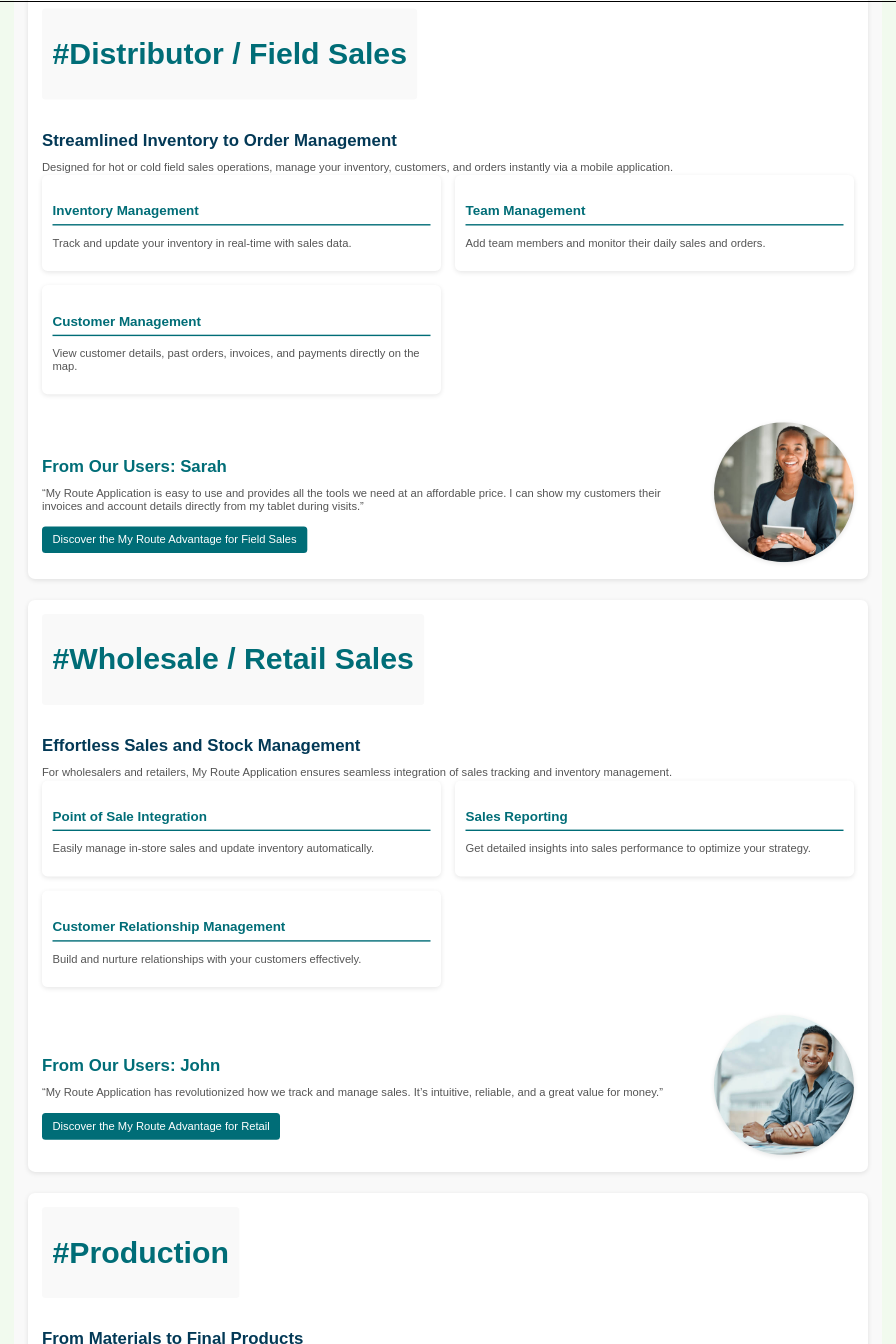
Repository: senolinanyasar/myrouteapplication
Page: /industries
The author's editor kept a copy of each file at every save. The page is drawn from the files as they stood at one save, then again after the next save.
The browser window is 1280 px wide. The pictures show the part of the page from y = 363 to 2283 px (the page is 3406 px tall), at 70% of full size.
The project was rebuilt for these pictures with package versions that can differ from the ones it lists, and the page was loaded fresh each time. Also part of the build but not shown: vite.config.js, src/components/HeroSection.css, src/components/HeroSection.js, src/components/FeaturesSection.css, src/components/FeaturesSection.js, src/components/PricingSection.css, src/components/PricingSection.js, src/components/SupportSection.css and 6 more.

Above is the page before, as saved 2024-11-17 23:08:57.

### src/index.css
@import url('https://fonts.googleapis.com/css2?family=Poppins:wght@400;600&display=swap');

body {
  font-family: 'Poppins', sans-serif;
  color: #264653;
  background-color: #f1faee;
  margin: 0;
  padding: 0;
  box-sizing: border-box;
}

code {
  font-family: source-code-pro, Menlo, Monaco, Consolas, 'Courier New',
    monospace;
}

### src/App.js
import React from 'react';
import { BrowserRouter as Router, Route, Routes } from 'react-router-dom';
import Header from './components/Header';
import HomePage from './components/HomePage';
import PricingPage from './components/PricingPage';
import TopBar from './components/TopBar';
import Footer from './components/Footer';
import IndustriesPage from './components/IndustriesPage';


function App() {
  return (
    <Router>
      <TopBar/>
      <Header />
      <Routes>
        <Route path='/' element={<HomePage />} />
        <Route path='/pricing' element={<PricingPage />} />
        <Route path='/industries' element={<IndustriesPage />} />
      </Routes>
      <Footer/>
    </Router>

  );
}

export default App;

### src/components/Header.js
// Header.js
import React from 'react';
import './Header.css';
import { Link } from 'react-router-dom';

const Header = () => {
    return (
        <header className="header">
            <div className="header-logo">logo</div>
            <nav className="header-nav">

                    <Link to="/">Home</Link>
                    <Link to="/features">Features</Link>
                    <Link to="/industries">Industries</Link>
                    <Link to="/pricing">Price</Link>
                    <Link to="/aboutus">About Us</Link>
                    <Link to="/contact">Contact</Link>



            </nav>
            <div className="header-buttons">
                <button className="login-button">Sing in</button>
                <button className="register-button">Sing Up</button>
            </div>
        </header>
    );
};


export default Header;

### src/components/TopBar.js
// TopBar.js
import React from 'react';
import './TopBar.css';

const TopBar = () => {
    return (
        <div className="top-bar">
            <div className="top-bar-content">
                <span>Help</span>
                <span>0232 323 3223</span>
                <a href="#contact">Contact</a>
            </div>
        </div>
    );
};

export default TopBar;

### src/components/Footer.js
// Footer.js

import React from 'react';
import './Footer.css';
import { FaFacebook, FaInstagram, FaLinkedin, FaTwitter, FaYoutube } from 'react-icons/fa';

const Footer = () => {
    return (
        <footer className="footer">
            <div className='footer-content'>
                <div className='footer-left'>
                    <div className='footer-logo'>
                        <h2>My Route Application</h2>
                    </div>
                    <p>Kazımdirik Mahallesi, Üniversite <br />Caddesi Ağaçlı Yol No: 37-39, <br />35100 Bornova/İzmir</p>
                    <div className='social-icons'>
                        <FaFacebook />
                        <FaTwitter />
                        <FaInstagram />
                        <FaLinkedin />
                        <FaYoutube />
                    </div>
                </div>

                <div className="footer-right">
                <br/><br/><br/><br/>
                    <div className='footer-section'>
                        <h4>Features</h4>
                        <ul>
                            <li>Location-Based Customer Search</li>
                            <li>Customer Management</li>
                            <li>Customer Tracking</li>
                            <li>Sales Tracking</li>
                            <li>Basic Accounting</li>
                            <li>Inventory Tracking</li>
                            <li>Reporting</li>
                        </ul>
                    </div>

                    <div className="footer-section">
                        <h4>Privileges</h4>
                        <ul>
                            <li>Industries</li>
                            <li>Pricing</li>
                            <li>Support</li>
                        </ul>
                    </div>

                    <div className="footer-section">
                        <h4>About Us</h4>
                        <ul>
                            <li>Privacy Policy</li>
                            <li>KVKK Disclosure Text</li>
                        </ul>
                    </div>
                </div>
            </div>

            <div className="footer-bottom">
                <p>&copy; 2024 My Route Application. All rights reserved.</p>
            </div>
        </footer>
    );
};

export default Footer;

### src/components/IndustriesPage.js
import React from "react";
import './IndustriesPage.css';
import distributorImage from '../images/distributor.jpg';
import wholesaleImage from '../images/wholesale.jpg';
import productionImage from '../images/production.jpg';

const industries = [
    {
        id: 'distributor',
        title: 'Distributor / Field Sales',
        header: 'Streamlined Inventory to Order Management',
        description:
            'Designed for hot or cold field sales operations, manage your inventory, customers, and orders instantly via a mobile application.',
        features: [
            {
                title: 'Inventory Management',
                description: 'Track and update your inventory in real-time with sales data.',
            },
            {
                title: 'Team Management',
                description: 'Add team members and monitor their daily sales and orders.',
            },
            {
                title: 'Customer Management',
                description:
                    'View customer details, past orders, invoices, and payments directly on the map.',
            },
        ],
        testimonial: {
            name: 'From Our Users: Sarah',
            feedback:
                '“My Route Application is easy to use and provides all the tools we need at an affordable price. I can show my customers their invoices and account details directly from my tablet during visits.”',
            button: 'Discover the My Route Advantage for Field Sales',
            image: distributorImage,
        },
    },
    {
        id: 'wholesale',
        title: 'Wholesale / Retail Sales',
        header: 'Effortless Sales and Stock Management',
        description:
            'For wholesalers and retailers, My Route Application ensures seamless integration of sales tracking and inventory management.',
        features: [
            {
                title: 'Point of Sale Integration',
                description: 'Easily manage in-store sales and update inventory automatically.',
            },
            {
                title: 'Sales Reporting',
                description:
                    'Get detailed insights into sales performance to optimize your strategy.',
            },
            {
                title: 'Customer Relationship Management',
                description: 'Build and nurture relationships with your customers effectively.',
            },
        ],
        testimonial: {
            name: 'From Our Users: John',
            feedback:
                '“My Route Application has revolutionized how we track and manage sales. It’s intuitive, reliable, and a great value for money.”',
            button: 'Discover the My Route Advantage for Retail',
            image: wholesaleImage,
        },
    },
    {
        id: 'production',
        title: 'Production',
        header: 'From Materials to Final Products',
        description:
            'Manage every stage of your production process efficiently, from raw materials to finished goods.',
        features: [
            {
                title: 'Raw Material Tracking',
                description:
                    'Track and manage your raw materials inventory to avoid shortages.',
            },
            {
                title: 'Production Scheduling',
                description: 'Plan and execute production schedules with precision.',
            },
            {
                title: 'Cost Analysis',
                description:
                    'Analyze production costs to optimize your budget and increase profitability.',
            },
        ],
        testimonial: {
            name: 'From Our Users: Linda',
            feedback:
                '“With My Route Application, managing our production pipeline has become so much easier. We can now track every stage of the process in real-time.”',
            button: 'Discover the My Route Advantage for Production',
            image: productionImage,
        },
    },
];

const IndustriesPage = () => {
    return (
        <div className="industries-page">
            <div className="industries-header">
                <h1>Tell Us Your Businesses, We'll Offer the Solution!</h1>
                <p>My Route Application, the comprehensive accounting program, caters to different sectors with unique
                    solutions, helping you manage your business and financial data efficiently.</p>
                <div className="industries-buttons">
                    {industries.map((industry) => (
                        <button
                            key={industry.id}
                            className="industry-button"
                            onClick={() => document.getElementById(industry.id).scrollIntoView({ behavior: 'smooth' })}
                        >
                            {industry.title}
                        </button>
                    ))}
                </div>
            </div>
            {industries.map((industry) => (
                <section key={industry.id} id={industry.id} className="industry-section">
                    <div className="industry-title-box">
                        <h2>#{industry.title}</h2>
                    </div>
                    <h3 className="industry-header">{industry.header}</h3>
                    <p className="industry-description">{industry.description}</p>
                    <div className="industry-features">
                        {industry.features.map((feature, index) => (
                            <div key={index} className="industry-feature">
                                <h4>{feature.title}</h4>
                                <div className="feature-divider"></div>
                                <p>{feature.description}</p>
                            </div>
                        ))}
                    </div>
                    <div className="industry-testimonial">
                        <div className="testimonial-text">
                            <h4>{industry.testimonial.name}</h4>
                            <p>{industry.testimonial.feedback}</p>
                            <button className="testimonial-button">{industry.testimonial.button}</button>
                        </div>
                        <div className="testimonial-image">
                            <img src={industry.testimonial.image} alt={industry.testimonial.name} />
                        </div>
                    </div>
                </section>
            ))}
        </div>
    );
};


export default IndustriesPage;

### src/components/Header.css
/* Header.css */
.header{
    display: flex;
    justify-content: space-between;
    align-items: center;
    padding: 1rem 2rem;
    background-color: #2f5d5b;
    color: white;
    margin-top: 2rem;
    position: sticky;
    top: 2rem;
    z-index: 999;
}


.header-logo {
    font-size: 1.5rem;
    font-weight: bold;
}
.header-nav a{
    margin: 0 1rem;
    color: white;
    text-decoration: none;
}
.header-nav a:hover {
    color: #e9c46a;
  }

.header-buttons button{
    margin-left: 1rem;
    padding: 0.5rem 1rem;
    border: none;
    border-radius: 5px;
}

.login-button{
    background-color: #2f5d5b;
    color: white;
}

.register-button{
    background-color: #9fe7c0;
    color: black;
}

### src/components/TopBar.css
/* TopBar.css */

.top-bar {
    background-color: #2f5d5b;
    color: white;
    padding: 0.5rem;
    font-size: 0.9rem;
    display: flex;
    justify-content: center;
    position: fixed;
    top: 0;
    width: 99%;
    z-index: 1000;
}
.top-bar-content {
    display: flex;
    gap: 1rem;
    align-items: center;
    justify-content: flex-end;
    width: 100%;
}

.top-bar-content span{
    color: #ffffff;
}
.top-bar-content a{
    color: #9fe7c0;
    text-decoration: none;
    transition: color 0.3s;
}

.top-bar-content a:hover{
    color: #c3f2d0;
}

### src/components/Footer.css
/* Footer.css */

.footer {
    background-color: #264653;
    color: #ffffff;
    padding: 3rem 2rem;
}
.footer-content{
    display: flex;
    max-width: 1200px;
    justify-content: space-around;
    margin: 0 auto;
}

.footerleft{
    flex: 1;
    max-width: 300px;
}

.footer-logo h2{
    font-size: 1.5rem;
    color: #ffffff;
    margin-bottom: 2rem;
}


.footer-left p{
    color: #c3c3c3;
    font-size: 0.9rem;
    margin-bottom: 2.5rem;
}

.social-icons{
    display: flex;
    gap: 1rem;
    font-size: 1.2rem;
}


.social-icons svg{
    color: #9fe7c0;
    cursor: pointer;
    transition: color 0.3s ease;
}
.social-icons svg:hover {
    color: #c3f2d0;
}

.footer-right{
    display: flex;
    gap: 3rem;
    flex: 2;
    margin-left: 5rem;
}

.footer-section{
    text-align: left;
}
.footer-section h4{
    font-size: 1.2rem;
    color: #9fe7c0;
    margin-bottom: 1rem;
}
.footer-section ul{
    list-style: none;
    padding: 0;
    margin: 0;

}

.footer-section ul li{
    font-size: 0.9rem;
    margin-bottom: 0.5rem;
    color: #c3c3c3;
    cursor: pointer;
    transition: color 0.3s ease;
}

.footer-sectionul li:hover{
    color: #ffffff;
}

.footer-bottom{
    text-align: center;
    font-size: 0.8rem;
    color: #c3c3c3;
    margin-top: 2rem;
}

### src/components/IndustriesPage.css
/* IndustriesPage.css */

.industries-page {
    font-family: 'Arial', sans-serif;
    padding: 20px;
    max-width: 1200px;
    background-color: #f9f9f9;
    margin: 0 auto;
}

.industries-header {
    text-align: center;
    margin-bottom: 30px;
}

.industries-header h1 {
    font-size: 2.5rem;
    color: #033956;
}

.industries-header p {
    font-size: 1rem;
    color: #555;
    margin: 15px auto;
    max-width: 800px;
}

.industries-buttons {
    display: flex;
    justify-content: center;
    gap: 15px;
    position: sticky;
    top: 0;
    z-index: 10;
    background-color: #f9f9f9;
    padding: 10px 0;
    box-shadow: 0 2px 5px rgba(0, 0, 0, 0.1);
}

.industry-button {
    padding: 10px 15px;
    border: none;
    border-radius: 5px;
    background-color: #9fe7c0;
    color: #fff;
    cursor: pointer;
    font-size: 0.9rem;

}

.industry-button:hover {
    background-color: #005259;
}

.industry-section {
    padding: 20px;
    margin: 30px 0;
    background: white;
    border-radius: 10px;
    box-shadow: 0 2px 8px rgba(0, 0, 0, 0.1);
}

.industry-title-box {
    font-size: 1.8rem;
    background-color: #f9f9f9;
    color: #006d77;
    padding: 5px 15px;
    display: inline-block;
    border-radius: 5px;
    margin-bottom: 20px;
}

.industry-header {
    font-size: 1.5rem;
    margin-bottom: 10px;
    color: #033956;
    font-weight: bold;
}

.industry-description {
    font-size: 1rem;
    margin-bottom: 1.30px;
    color: #555;
}

.industry-features {
    display: grid;
    grid-template-columns: 1fr 1fr;
    gap: 20px;
    margin-bottom: 40px;
}
.industry-feature {
    background-color: #ffffff;
    padding: 15px;
    border-radius: 8px;
    box-shadow: 0 2px 8px rgba(0, 0, 0, 0.1);
}
.industry-feature h4 {
    font-size: 1.2rem;
    margin-bottom: 8px;
    color: #006d77;

}

.feature-divider {
    width: 100%;
    height: 2px;
    background-color: #006d77;
    margin-bottom: 10px;
}
.industry-feature p {
    font-size: 1rem;
    color: #555;
}

.industry-testimonial {
    display: flex;
    justify-content: space-between;
    align-items: center;
    gap: 20px;
}

.testimonial-text {
    flex: 1;
}

.testimonial-text h4 {
    font-size: 1.5rem;
    margin-bottom: 10px;
    color: #006d77;
    margin-bottom: 10px;
}

.testimonial-text p {
    margin-bottom: 20px;
    color: #555;
    font-size: 1rem;
}

.testimonial-button {
    padding: 10px 15px;
    border: none;
    background-color: #006d77;
    color: white;
    border-radius: 5px;
    cursor: pointer;
    font-size: 1rem;
    transition: background-color 0.3s ease;
}
.testimonial-button:hover {
    background-color: #005f87;
}
.testimonial-image img {
    width: 200px;
    height: 200px;
    object-fit: cover;
    border-radius: 50%;
    box-shadow: 0 2px 8px rgba(0, 0, 0, 0.1);
}
footer {
    margin-top: 40px;
}

Loaded but not shown: public/index.html (common file); src/index.js (common file); src/reportWebVitals.js (common file)

After the next save:
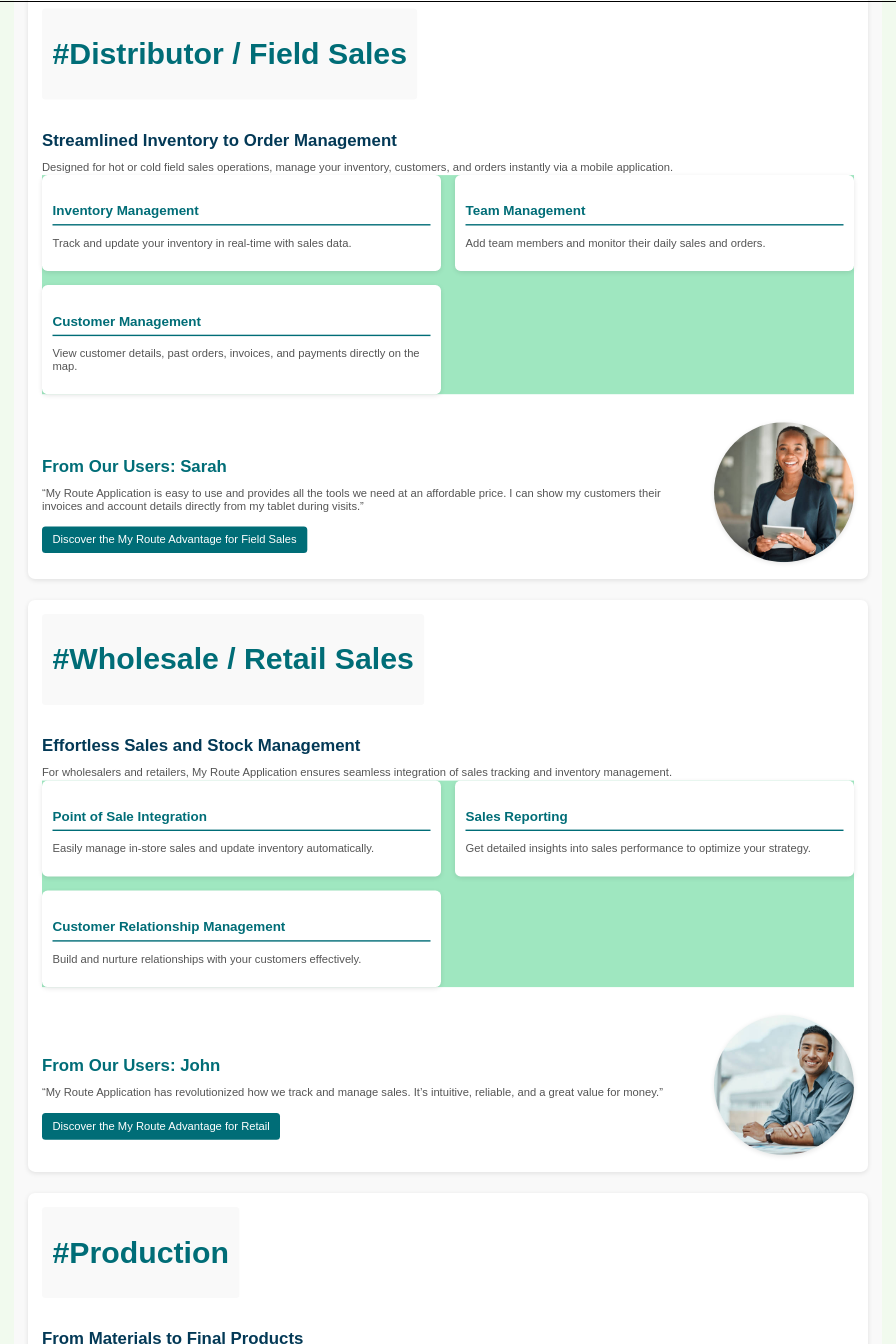
Saved 19 s later.
--- a/src/components/IndustriesPage.css
+++ b/src/components/IndustriesPage.css
@@ -87,6 +87,7 @@
     display: grid;
     grid-template-columns: 1fr 1fr;
     gap: 20px;
+    background-color: #9fe7c0;
     margin-bottom: 40px;
 }
 .industry-feature {

After the save that followed:
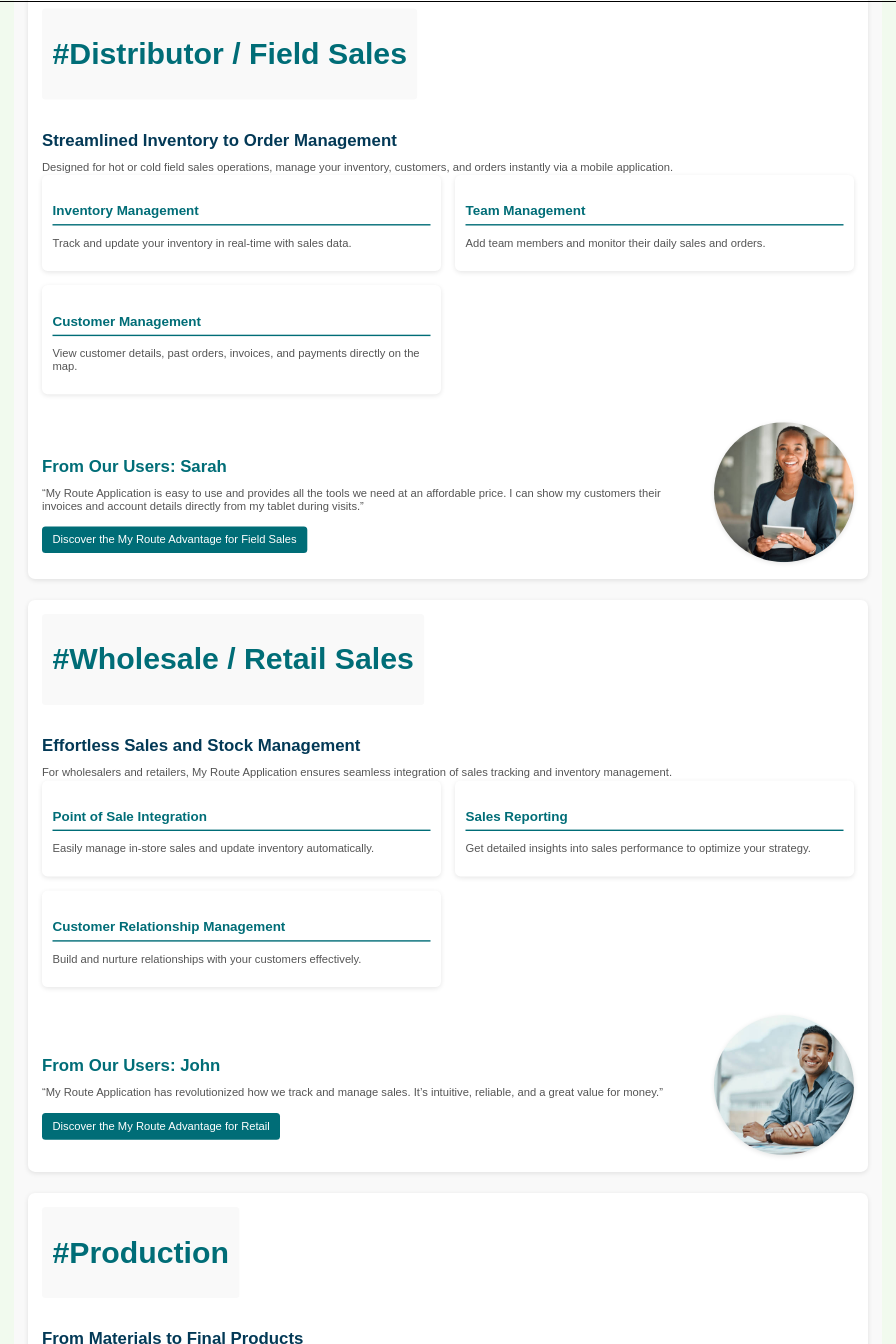
Saved 5 s later.
--- a/src/components/IndustriesPage.css
+++ b/src/components/IndustriesPage.css
@@ -87,7 +87,6 @@
     display: grid;
     grid-template-columns: 1fr 1fr;
     gap: 20px;
-    background-color: #9fe7c0;
     margin-bottom: 40px;
 }
 .industry-feature {
